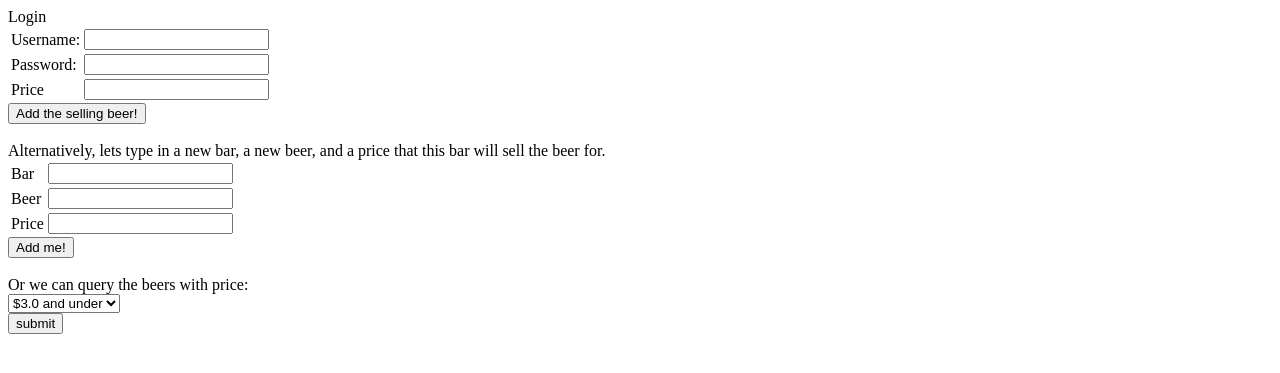
Repository: JephteyAdolphe/auction-system
Page: http://localhost/project/
These files come from the project's save history. The page is drawn as it stood at one moment and after the next save; the edit follows.
The browser window is 1280 px wide. The pictures show the whole page.
The page is served by Tomcat 10.

Above is the page before, as saved 2021-03-15 15:53:00.

After the next save:
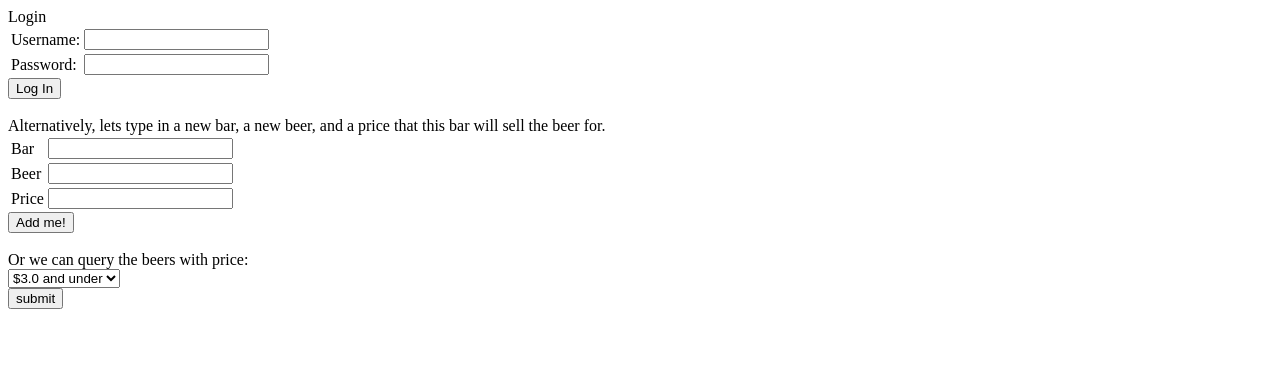
Saved 7 min 32 s later.
--- a/project/WebContent/HelloWorld.jsp
+++ b/project/WebContent/HelloWorld.jsp
@@ -19,16 +19,13 @@
 		<form method="get" action="sellsNewBeer.jsp">
 			<table>
 				<tr>
-					<td>Username:</td><td><input type="text" name="barvalia"></td>
+					<td>Username:</td><td><input type="text" name="account_id"></td>
 				</tr>
 				<tr>
-					<td>Password:</td><td><input type="text" name="beer"></td>
-				</tr>
-				<tr>
-					<td>Price</td><td><input type="text" name="price"></td>
+					<td>Password:</td><td><input type="text" name="passwd"></td>
 				</tr>
 			</table>
-			<input type="submit" value="Add the selling beer!">
+			<input type="submit" value="Log In">
 		</form>
 	<br>
 
